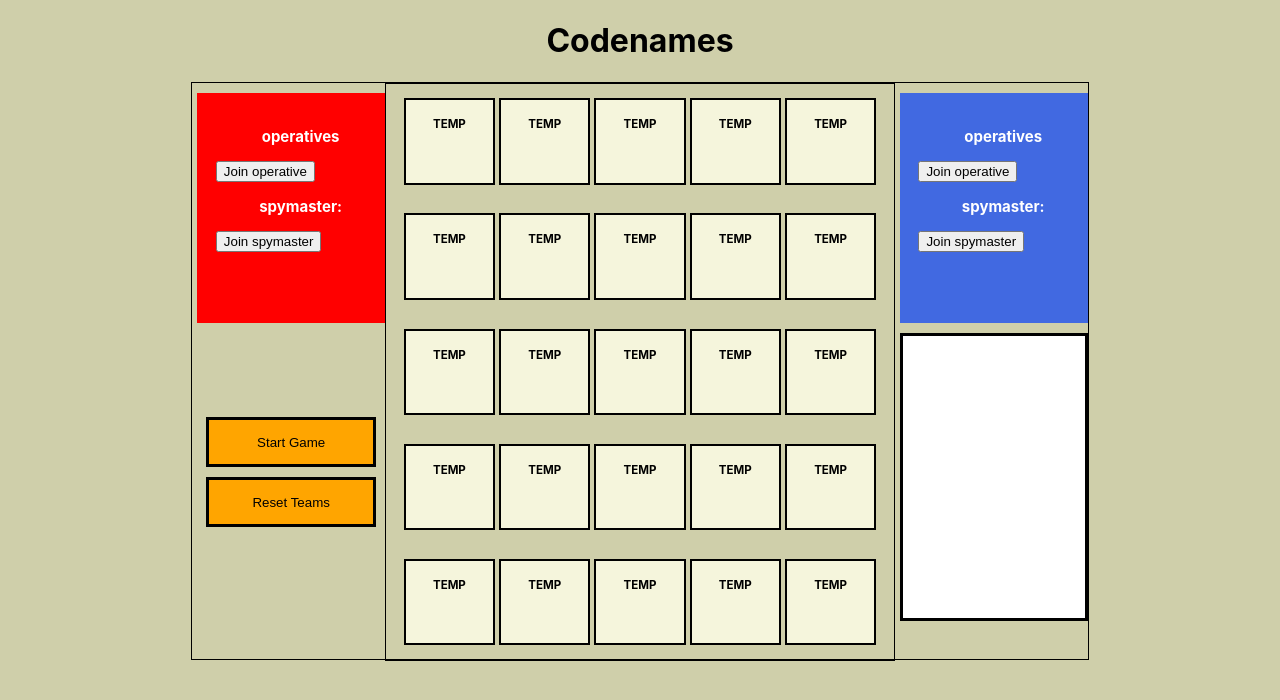
Repository: alcarrizo/Codenames-Fullstack
Page: / (app in client/)
These files come from the project's save history. The page is drawn as it stood at one moment and after the next save; the edit follows.
The browser window is 1280 px wide. The pictures show the whole page.
The project was rebuilt for these pictures with package versions that can differ from the ones it lists, and the page was loaded fresh each time. Imported but missing from the stored project, and not drawn on this page: client/src/reportWebVitals.

Above is the page before, as saved 2023-01-08 23:44:03.

### client/src/index.js
import React from 'react';
import ReactDOM from 'react-dom/client';
import './index.css';
import App from './App';
import reportWebVitals from './reportWebVitals';
import './css/styles.css'


const root = ReactDOM.createRoot(document.getElementById('root'));
root.render(
  <React.StrictMode>
    <App />
  </React.StrictMode>
);

// If you want to start measuring performance in your app, pass a function
// to log results (for example: reportWebVitals(console.log))
// or send to an analytics endpoint. Learn more: https://bit.ly/CRA-vitals
reportWebVitals();

### client/src/App.js
import logo from './logo.svg';
import './App.css';
import { useState, useEffect } from 'react';

const Wrapper = ({ cards }) => {
  return (
    <div className='wrapper'>
      <PlayerSide className="red" />
      <Board cards={cards} />
      <PlayerSide className="blue" />
      <div className='win-screen hide' id='win-screen'></div>
    </div>
  )
}

const Card = ({ word, className }) => {

  return (
    <div className={className}>
      {word === null ? 'temp' : word}
    </div>
  )
}
const PlayerSide = ({ className }) => {
  if (className === 'red') {
    return (
      <div className={className + "Side"}>
        <PlayerInfo className={className} />
        <div className='menu'>
          <Btn className='menuBtn' id="startBtn" name="Start Game" />
          <Btn className='menuBtn' id="resetBtn" name="Reset Teams" />
        </div>
      </div>
    )
  }
  else {
    return (
      <div className={className + "Side"}>
        <PlayerInfo className={className} />
        <div className='clue-log'></div>
        <Btn className='menuBtn hide' id="endTurn" name="End Turn" />
      </div>
    )
  }
}
const PlayerInfo = ({ className }) => {
  return (
    <div className={className + "Team"}>
      <p>operatives </p>
      <p id={className + '-operative-players'}></p>
      <Btn className="join-button" id={className + '-join-operative'} name="Join operative" />
      <p>spymaster: </p>
      <p id={className + '-spymaster-players'}></p>
      <Btn className="join-button" id={className + '-join-spymaster'} name="Join spymaster" />
      <p id={className + '-remaining-cards'}></p>
    </div>
  )

}

const Btn = (props) => {
  return (
    <button id={props.id} className={props.className}>{props.name}</button>
  )
}

const Board = ({ cards }) => {

  return (
    <div className='gameBoard'>
      {
        cards.map((card, id) =>
          <Card
            key={id}
            className="card"
            word={card} />
        )
      }

    </div>
  )
}

const App = () => {

  const [cards, setCards] = useState(Array(25).fill(null))


  return (
    <div className="App">
      <h1>Codenames</h1>

      <Wrapper cards={cards} />
      <div className='clue-area hide' id='clue-area'>
        <input className='clue-text' id='clue-text' type="text" />
        <div className="rangeDiv" id="rangeDiv">
          <input className="clue-range" id='clueRange' type="range" autoComplete='off' min="0" max="10" defaultValue="0" />
          <h3 className="range-number" id="rangeNumber">0</h3>
        </div>
        <Btn className="clue-submit" id="clue-submit" name="Give Clue" />
      </div>

    </div>
  );
}

export default App;

### client/src/css/styles.css
body {
    background-color: #cfcfaa;
}

body.red {
    background-color: #b44c2b;
}

body.blue {
    background-color: #4799b7;
}

.wrapper {
    position: relative;
    border: 0.05rem solid black;
    width: 70%;
    height: 80vh;
    display: flex;
    background: none;
    margin: 0 auto;

}

.gameBoard {
    display: flex;
    flex-wrap: wrap;
    justify-content: center;
    text-align: center;
    width: 35rem;
    height: 100%;
    /*   width: 500px;
    height: 500px; */
    /*width: 15rem;
    height: 15rem;
    */
    border: 0.05rem solid black;
    margin: auto;
}



.card {
    /* background-color: royalblue; */
    background-color: beige;
    box-sizing: border-box;
    /*width: 75px;
    height: 65px;
  */
    /*   width: 5.5rem;
    height: 5rem; */
    width: 18%;
    height: 15%;
    margin: auto 2px;
    border: 2px black solid;
    font-size: .9vw;
    padding-top: 17px;
    text-transform: uppercase;
    font-weight: bold;
    transition: none;
}

.card.blue {
    background-color: royalblue;

}

.card.red {
    background-color: #ff6000;
}

.card.black {
    background-color: black;
    color: white;

}

.card.beige {
    background-color: #b9b979;
}

.card.blue,
.card.red,
.card.black,
.card.beige {
    transition: background-color 1s;
}

.card.blue.picked,
.card.red.picked,
.card.black.picked,
.card.beige.picked {
    transition: opacity 1s;
    opacity: 50%;
}


.redSide,
.blueSide {
    color: white;
    height: 100%;
    width: 13rem;
    font-size: 15px;
    font-weight: bold;
    padding-left: 5px;
    padding-bottom: 10px;
    margin: 0 auto;
}

.blueTeam,
.redTeam {
    height: 40%;
    margin-top: 10px;
    padding-left: 10%;
    padding-top: 10%;
    box-sizing: border-box;
}

.redTeam {
    background-color: red;

}

.blueTeam {
    background-color: royalblue;

}

.blueSide {
    height: 100%;
}

.join-button {
    display: block;
}

.join-button.hide {
    display: none;
}

.menuBtn {
    display: block;
    width: 90%;
    height: 50px;
    margin: 0 auto;
    background-color: orange;
    border: black solid 3px;
    margin-bottom: 10px;


}

.menuBtn.hide {
    display: none;
}

.menu {
    display: block;
    width: 100%;
    margin-top: 50%;
}

.clue-log {
    color: black;
    width: 100%;
    height: 50%;
    margin-top: 10px;
    padding-left: 10px;
    background-color: white;
    box-sizing: border-box;
    border: black solid 3px;
    overflow-y: auto;
    line-height: 1.5;
}

.rangeDiv {
    display: inline-block;
    text-align: center;

}

.rangeDiv h3 {
    margin: 0;
    display: inline-block;
}

.clue-area {
    margin: 10px auto 0;
    width: 400px;
    height: 50px;
    margin-bottom: 15px;
}

.clue-area.hide {
    display: none;
}

.clue-submit {
    display: block;
    margin: 10px auto 0;
}

.win-screen {
    box-sizing: border-box;
    position: absolute;
    width: 30%;
    height: 30%;
    background-color: orange;
    top: 35%;
    left: 35%;
    text-align: center;
    font-size: 35px;
    line-height: 170px;
    font-weight: 800;
    border: black solid 3px;

}

.win-screen.hide {
    display: none;
}

Loaded but not shown: client/public/index.html (common file); client/src/index.css (common file); client/src/App.css (common file)

After the next save:
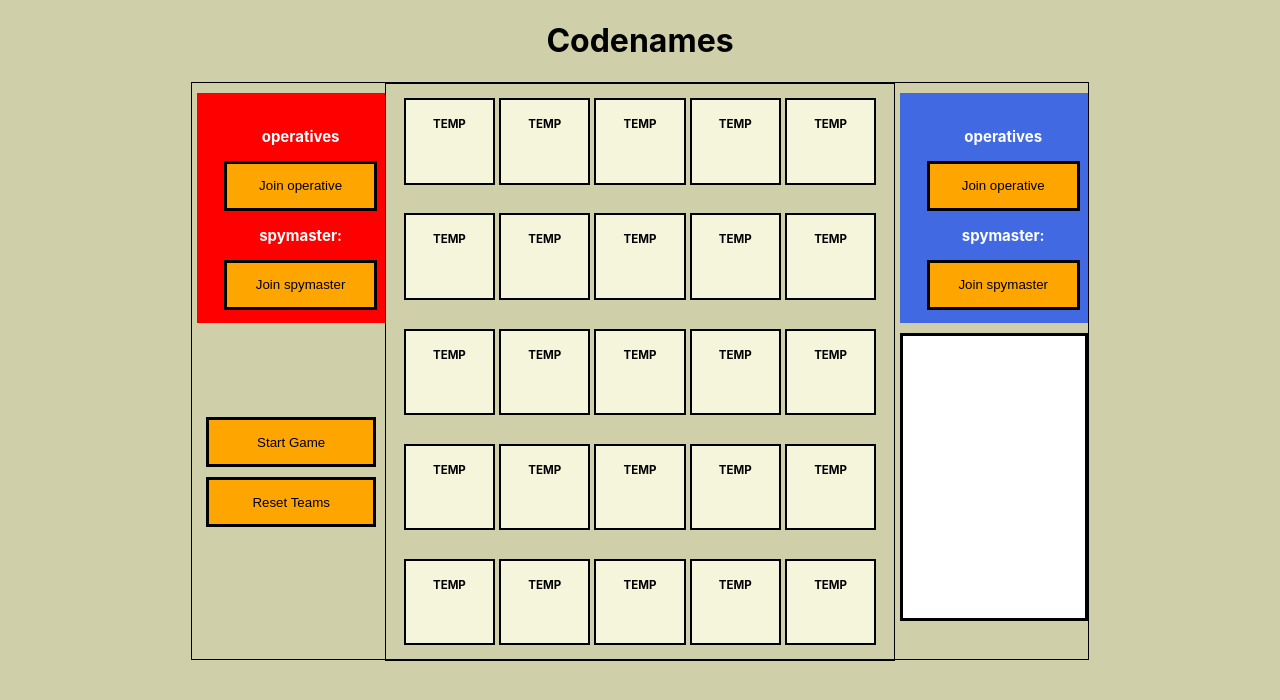
Saved 20 h 42 min later.
--- a/client/src/css/styles.css
+++ b/client/src/css/styles.css
@@ -131,6 +131,12 @@ body.blue {
 
 .join-button {
     display: block;
+    width: 90%;
+    height: 50px;
+    margin: 0 auto;
+    background-color: orange;
+    border: black solid 3px;
+    margin-bottom: 10px;
 }
 
 .join-button.hide {
